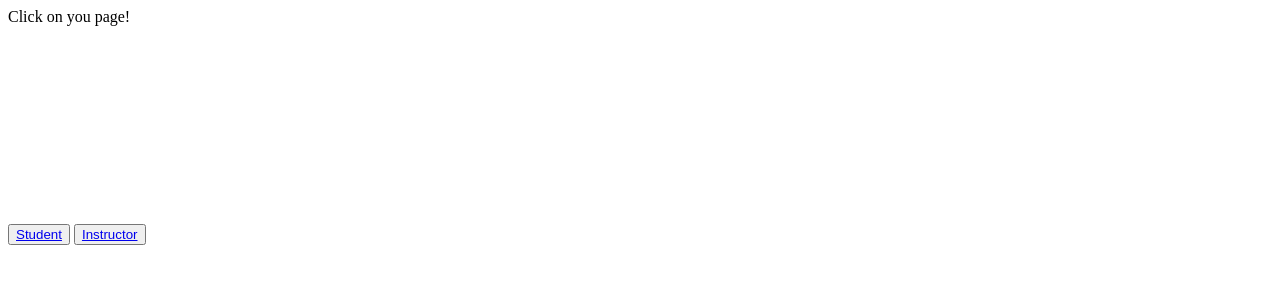
Repository: sanjukthas/NumberUtility
Page: http://localhost/HarrisonCollege/Home.jsp
These files come from the project's save history. The page is drawn as it stood at one moment and after the next save; the edit follows.
The browser window is 1280 px wide. The pictures show the whole page.
The page is served by Tomcat 9.

Above is the page before, as saved 2016-07-22 15:13:51.

After the next save:
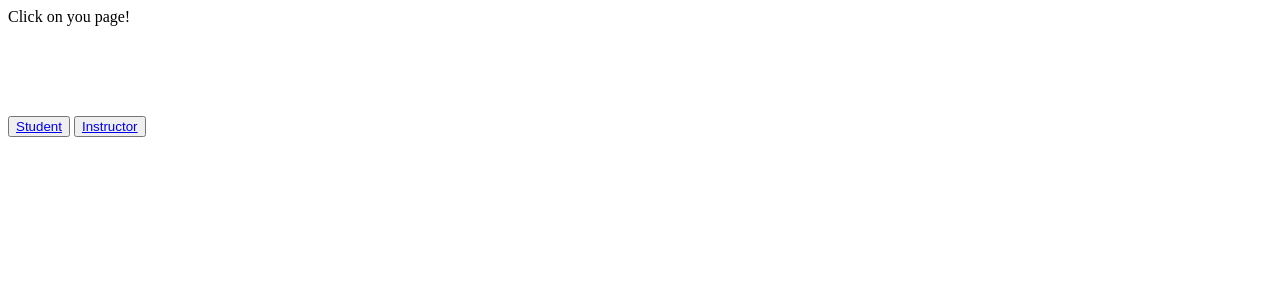
Saved 13 s later.
--- a/HarrisonCollege/WebContent/Home.jsp
+++ b/HarrisonCollege/WebContent/Home.jsp
@@ -11,7 +11,7 @@
 <body>
     Click on you page!
 <br><br><br><br><br><br>
-<br><br><br><br><br><br>
+
 
 <div class="container">
 
